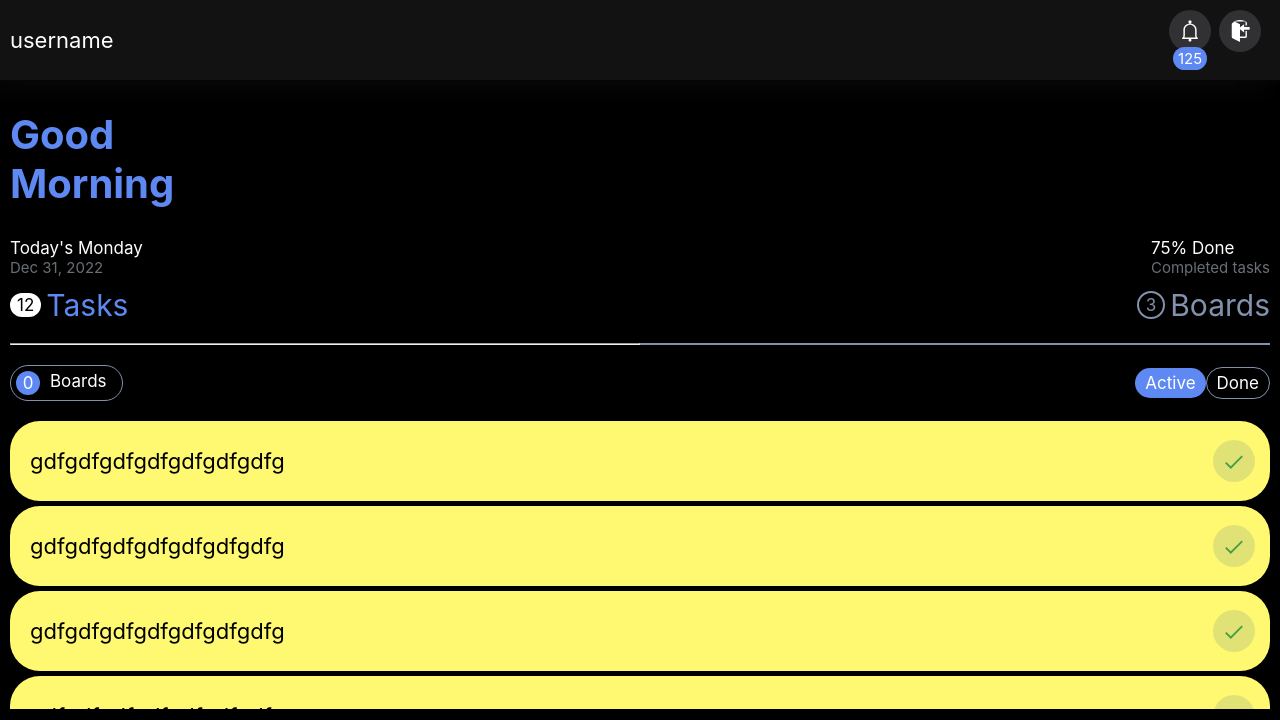
Repository: ShindanoSingi/todo-app
Page: /
These files come from the project's save history. The page is drawn as it stood at one moment and after the next save; the edit follows.
The browser window is 1280 px wide. The pictures show the whole page.
An inner scrolling area shows only its first screen. The project was rebuilt for these pictures with package versions that can differ from the ones it lists, and the page was loaded fresh each time. Also part of the build but not shown: src/pages/LandingPage.js.

Above is the page before, as saved 2023-01-01 19:27:18.

After the next save:
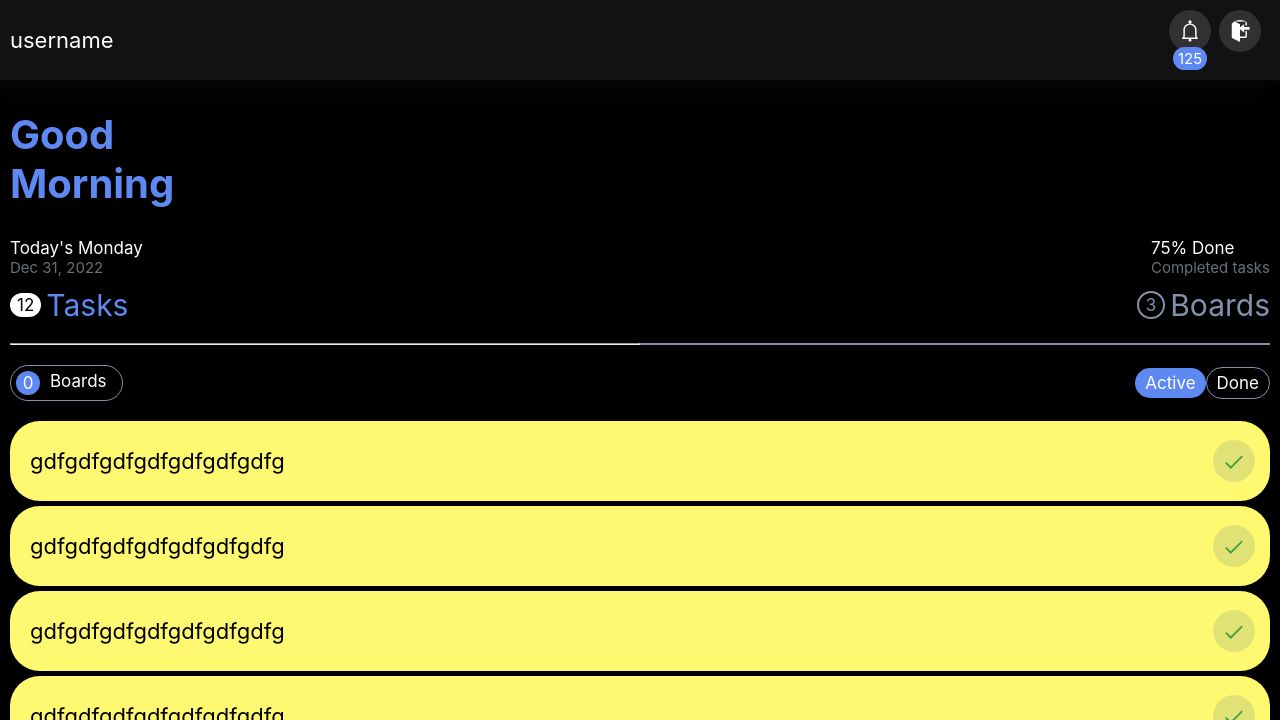
Saved 7 s later.
--- a/src/index.css
+++ b/src/index.css
@@ -257,7 +257,7 @@ h2 {
   display: flex;
   flex-direction: column;
   gap: 5px;
-  max-height: 40vh;
+  max-height: 50vh;
   overflow-y: scroll;
 }
 
